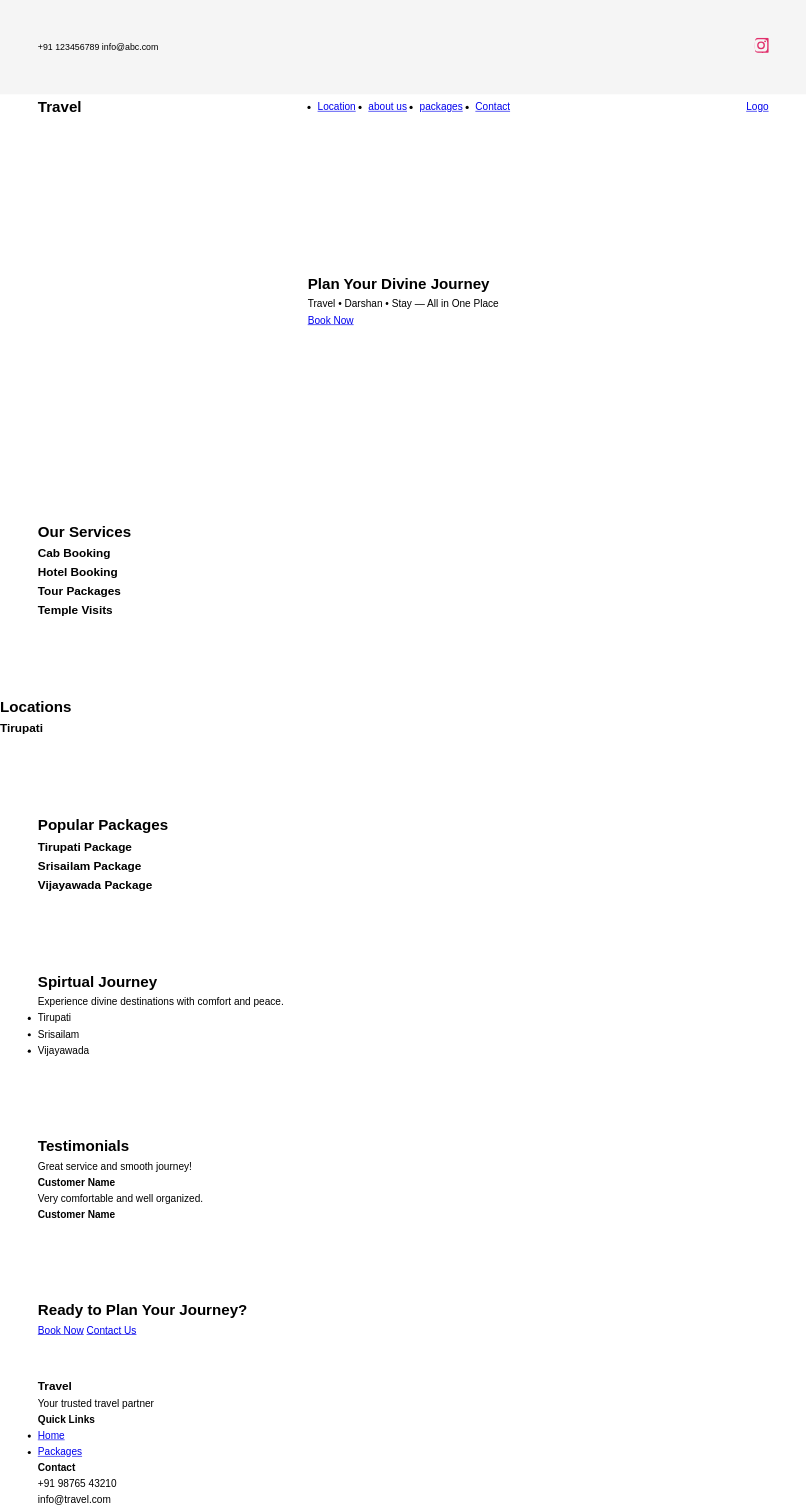
Repository: heytirupati/Bookingweb
Page: index.html
An editor plug-in stored every save of this project. The page is shown before and after a run of saves, followed by the edit.
The browser window is 1280 px wide. The pictures show the whole page, at 63% of full size.

Above is the page before, as saved 2026-03-27 11:43:39.

After the next 2 saves:
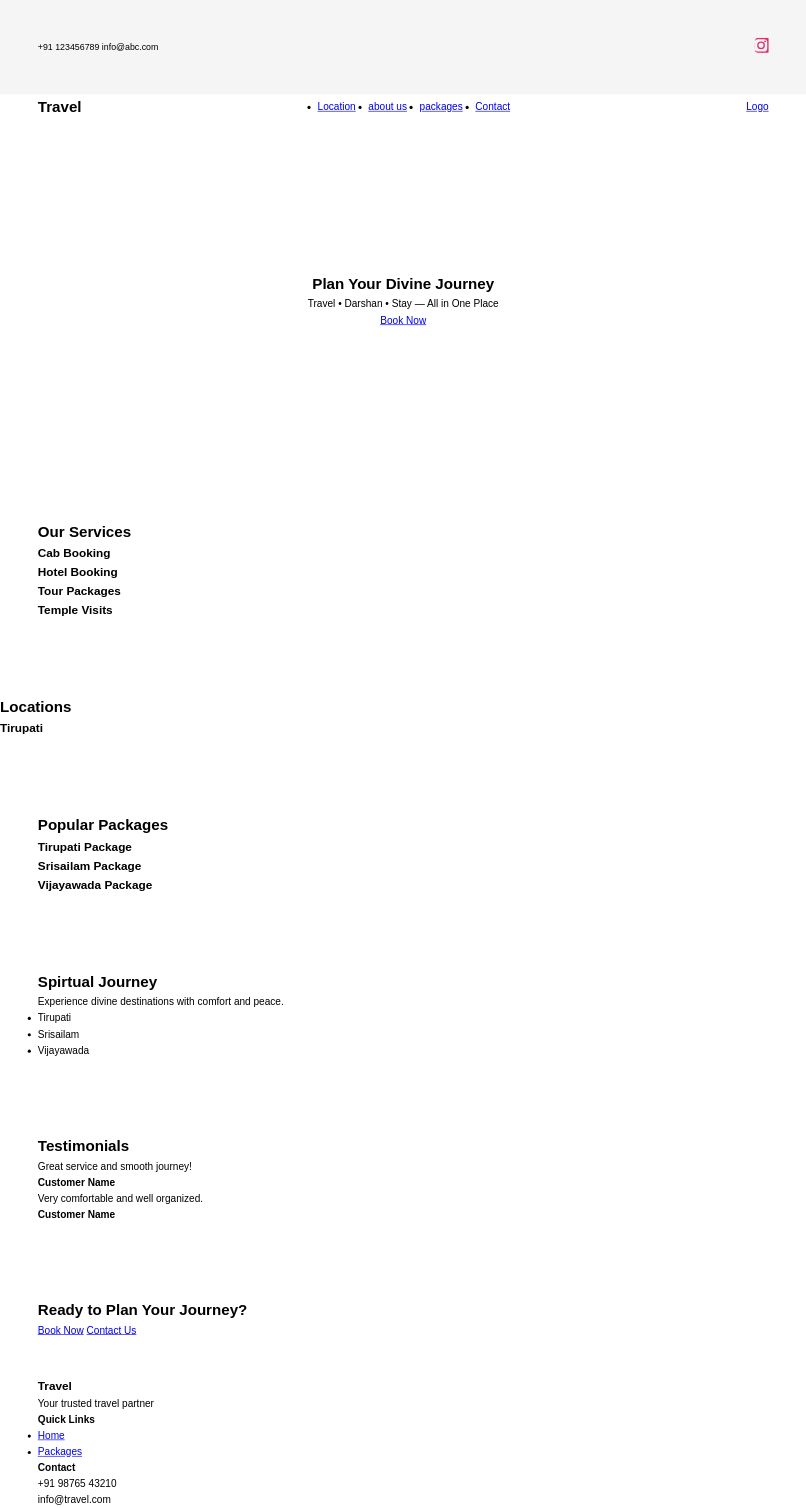
The 2 saves are shown as one change because they came seconds apart.
The last was saved 8 s later.
--- a/css/style.css
+++ b/css/style.css
@@ -57,5 +57,5 @@ section{
     height: 80vh;
     display: flex;
     align-items: center;
-    align-items: ;
+    text-align: center;
 }
